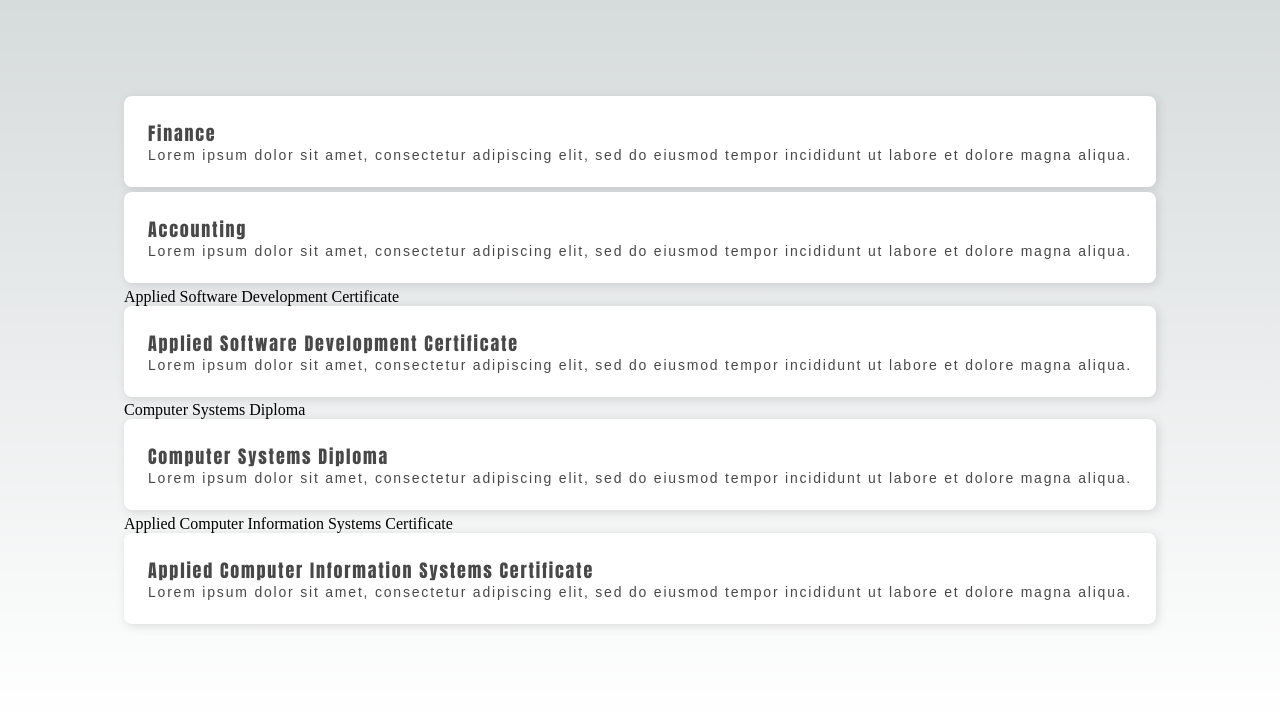
Repository: giovanabirck/class03-vercel-test
Page: /
The author's editor kept a copy of each file at every save. The page is drawn from the files as they stood at one save, then again after a run of saves.
The browser window is 1280 px wide. The pictures show the whole page.
The project was rebuilt for these pictures with package versions that can differ from the ones it lists, and the page was loaded fresh each time. The framework's server and built-in components were replaced by stand-ins that run in the browser. Also part of the build but not shown: next.config.js.

Above is the page before, as saved 2023-01-24 21:27:21.

### pages/index.js
import Head from 'next/head'
import Image from 'next/image'
import { Inter } from '@next/font/google'
import styles from '../styles/Home.module.css'
import data from '../data/education.json'
import { useState } from 'react'
import Card from '../components/Card'
import Link from 'next/link'
import Menu from '../components/Menu'

const inter = Inter({ subsets: ['latin'] })

export default function Home() {

  console.log(data);
  const [information, setInformation] = useState([...data]);


  return (
    <>
      <Head>
        <title>Programs</title>
        <meta name="description" content="Generated by create next app" />
        <meta name="viewport" content="width=device-width, initial-scale=1" />
        <link rel="icon" href="/favicon.ico" />
        <Menu/>
      </Head>
      <main className={styles.main}>

        {
          information && information.map((info, index) => {
            if(info.department === "Business") {
              return(
                <div key={index}>

                  <Card key={index} degree={info.degree} color="red" font="10px"/>
                </div>
              )
            }
          })
        }

        {
          information && information.map((info, index) => {
            if(info.department === "Computing") {
              return(
                <div key={index}>
                  {info.degree}
                  <Card key={index} degree={info.degree} color="blue" font="50px"/>
                </div>
              )
            }
          })
        }
      </main>

    </>
  )
}

### data/education.json
[
    {
        "studentNumber": "A0004567",
        "firstName": "Person 1",
        "gpa": 3.8,
        "department": "Business",
        "degree": "Finance",
        "graduted": 2014
    },
    {
        "studentNumber": "A0001234",
        "firstName": "Person 2",
        "gpa": 3.5,
        "department": "Business",
        "degree": "Accounting",
        "graduted": 2010
    },
    {
        "studentNumber": "A0007890",
        "firstName": "Person 3",
        "gpa": 3.2,
        "department": "Computing",
        "degree": "Applied Software Development Certificate",
        "graduted": 2018
    },
    {
        "studentNumber": "A0007828",
        "firstName": "Person 4",
        "gpa": 3.9,
        "department": "Computing",
        "degree": "Computer Systems Diploma",
        "graduted": 2021
    },
    {
        "studentNumber": "A0003425",
        "firstName": "Person 5",
        "gpa": 3.2,
        "department": "Computing",
        "degree": "Applied Computer Information Systems Certificate",
        "graduted": 2021
    }
]

### components/Card/index.js


export default function Card({
    degree      =   "none",
}) {

    return(
        <div style={{
            backgroundColor: "white",
            padding: "24px",
            fontFamily: "Impact",
            color: "#484848",
            fontSize: "18px",
            letterSpacing: "0.1em",
            display: "flex",
            flexDirection: "column",
            borderRadius: "8px",
            boxShadow: "2px 2px 10px rgb(100, 100, 100, 0.2)"
        }}>
            {degree}
            <br></br>
            <p style={{
                fontFamily: "arial",
                color: "#484848",
                fontSize: "14px",
            }}
            >Lorem ipsum dolor sit amet, consectetur adipiscing elit, sed do eiusmod tempor incididunt ut labore et dolore magna aliqua.</p>
        </div>
    )
}

### components/Menu/index.js

export default function Menu() {
    return(
        <>
        <div style={{
            display: "flex",
        }}>
            <div className="lateral-menu" style={{
                backgroundColor: 'white',
                width: "20%",
                innerHeight: "500px",
                padding: "40px 40px 350px 24px",
                fontFamily: "Arial",
                fontWeight: "bold",
                color: "#A8A8A8",
                }}>

                <h1 style={{
                    fontFamily: "Impact",
                    fontSize: "40px",
                    color: "#5F7AF2",
                    padding: "16px 16px 56px 16px",
                }}>Future
                    <br></br>
                    University
                </h1>

                <br></br>

                <a className="a-employees" href="about" style={{padding:"16px"}}>Employees</a>

                <br></br>

                <p className="p-programs" style={{padding:"48px 16px 16px 16px", color: "#5F7AF2"}}>Programs</p>

                <br></br>

                <p style={{padding:"16px"}}>Lorem ipsum</p>

                <br></br>

                <p style={{padding:"16px"}}>Lorem ipsum</p>

                <br></br>

                <p style={{padding:"16px"}}>Lorem ipsum</p>
            </div>
            <div>
                <div className="top-menu" style={{
                    backgroundColor: "white",
                    width: "200%",
                    display: "flex",
                    height: "96px",
                    alignItems: "center",
                    justifyContent: "space-between",
                }}>
                    <input placeholder="search" style={{
                        fontFamily: "Arial",
                        fontSize: "14px",
                        color: "#5F7AF2",
                        padding: "16px",
                        border: "solid 2px #5F7AF2",
                        borderRadius: "8px",
                        width: "400px",
                        margin: "24px"
                    }}>
                    </input>
                    <h2 style={{
                        fontFamily: "Arial",
                        fontWeight: "bold",
                        fontSize: "16px",
                        color: "#5F7AF2",
                        padding: "16px 40px 16px 16px"
                        }}>Profile Name</h2>
                </div>
                <div id="main-div" style={{
                    backgroundColor: "#EAEBF1",
                    width: "200%",
                    height: "89%"
                }}>
                </div>
            </div>
        </div>
        </>
    )
}

Loaded but not shown: pages/_app.js (common file); pages/_document.js (common file); styles/globals.css (common file); styles/Home.module.css (common file)

After the next 3 saves:
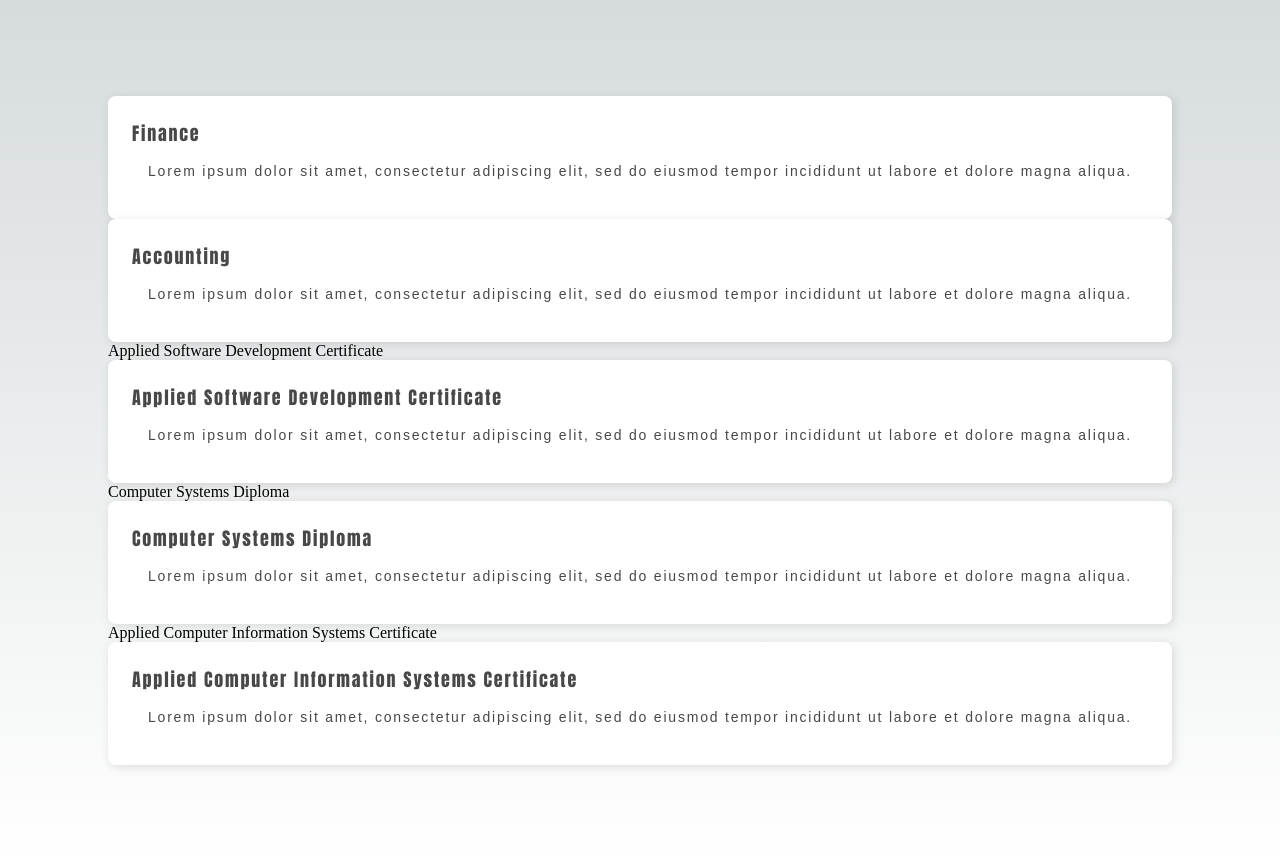
The 3 saves are shown as one change because 1 did not build or start and some came seconds apart.
The last was saved 24 s later.
--- a/components/Card/index.js
+++ b/components/Card/index.js
@@ -23,6 +23,7 @@ export default function Card({
                 fontFamily: "arial",
                 color: "#484848",
                 fontSize: "14px",
+                padding: "16px"
             }}
             >Lorem ipsum dolor sit amet, consectetur adipiscing elit, sed do eiusmod tempor incididunt ut labore et dolore magna aliqua.</p>
         </div>
